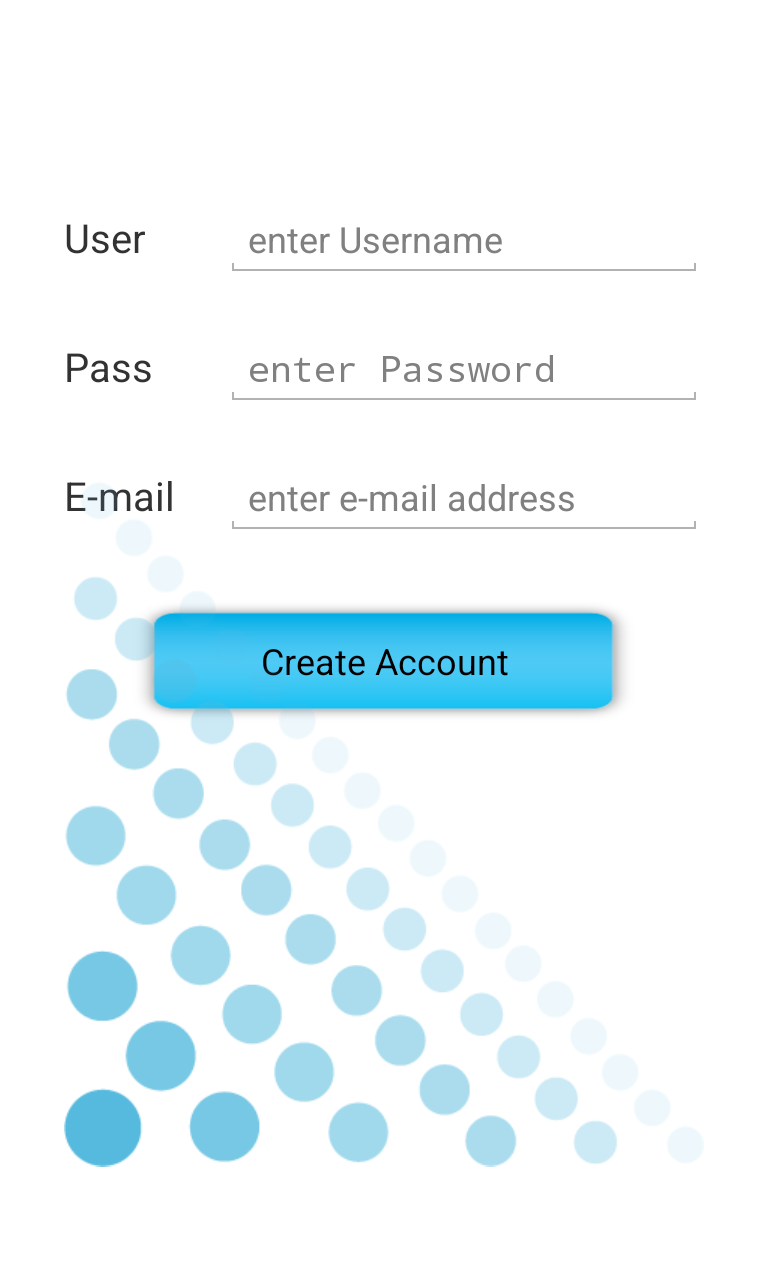
Repository: frebblegameteam/FrebbleApp
Layout: Frebble/res/layout/activity_sign_up.xml
The author's editor kept a copy of each file at every save. The layout is drawn from the files as they stood at one save, then again after the next save.
It is drawn on a 768 x 1280 px phone screen (xhdpi) without system bars, with theme FrebbleABTheme; the app's code is not run.

Above is the layout before, as saved 2014-10-08 14:10:07.

### Frebble/res/layout/activity_sign_up.xml
<RelativeLayout xmlns:android="http://schemas.android.com/apk/res/android"
    xmlns:tools="http://schemas.android.com/tools"
    android:layout_width="match_parent"
    android:layout_height="match_parent"
    android:paddingLeft="@dimen/activity_horizontal_margin"
    android:paddingRight="@dimen/activity_horizontal_margin"
    tools:context="com.hollandhaptics.frebble.SignUpActivity" >

    <LinearLayout
        android:id="@+id/L00"
        android:layout_width="match_parent"
        android:layout_height="wrap_content"
        android:layout_marginTop="100dp"
        android:orientation="horizontal">

        <TextView android:layout_width="0dp"
       		android:layout_weight="1"
        	android:layout_height="wrap_content"
        	android:textSize="20sp"
        	android:text="@string/User"/>

        <EditText android:id="@+id/userField"
    	    android:layout_width="0dp"
        	android:layout_weight="3"
        	android:layout_height="wrap_content"
        	android:hint="@string/userHint"/>
        </LinearLayout>

        <LinearLayout android:id="@+id/L01"
        android:layout_width="match_parent"
        android:layout_height="wrap_content"
        android:layout_below="@id/L00"
        android:layout_marginTop="25dp"
        android:orientation="horizontal">

        <TextView android:layout_width="0dp"
            android:layout_weight="1"
        	android:layout_height="wrap_content"
        	android:textSize="20sp"
        	android:text="@string/Password"/>

        <EditText android:id="@+id/passwordField"
            android:inputType="textPassword"
            android:layout_width="0dp"
        	android:layout_weight="3"
        	android:layout_height="wrap_content"
        	android:hint="@string/passwordHint"/>
        </LinearLayout>

        <LinearLayout android:id="@+id/L02"
        android:layout_width="match_parent"
        android:layout_height="wrap_content"
        android:layout_below="@id/L01"
        android:layout_marginTop="25dp"
        android:orientation="horizontal">

        <TextView android:layout_width="0dp"
            android:layout_weight="1"
        	android:layout_height="wrap_content"
        	android:textSize="20sp"
        	android:text="@string/Email"/>

        <EditText android:id="@+id/emailField"
            android:inputType="textEmailAddress"
            android:layout_width="0dp"
        	android:layout_weight="3"
        	android:layout_height="wrap_content"
        	android:hint="@string/emailHint"/>
        </LinearLayout>

        <Button
            android:id="@+id/createAccButton"
            android:layout_width="256dp"
            android:layout_height="64dp"
            android:layout_below="@id/L02"
            android:layout_centerHorizontal="true"
            android:layout_marginTop="30dp"
            android:background="@drawable/button"
            android:text="@string/createAccText" />

        <ImageView
            android:id="@+id/imageView1"
            android:layout_width="wrap_content"
            android:layout_height="wrap_content"
            android:layout_alignParentLeft="true"
            android:layout_alignParentBottom="true"
            android:src="@drawable/balletjes" />

</RelativeLayout>

### Frebble/res/values/styles.xml
<resources xmlns:android="http://schemas.android.com/apk/res/android">

    <!--
        Base application theme, dependent on API level. This theme is replaced
        by AppBaseTheme from res/values-vXX/styles.xml on newer devices.
    -->
    <style name="AppBaseTheme" parent="Theme.AppCompat.Light">
        <!--
            Theme customizations available in newer API levels can go in
            res/values-vXX/styles.xml, while customizations related to
            backward-compatibility can go here.
        -->
    </style>

    <!-- Application theme. -->
    <style name="AppTheme" parent="AppBaseTheme">
        <!-- All customizations that are NOT specific to a particular API-level can go here. -->
    </style>

    <style name="FrebbleABTheme"
        parent="@android:style/Theme.Holo.Light.DarkActionBar">
        <item name="android:actionBarStyle">@style/frebbleABStyle</item>
    </style>

    <style name="frebbleABStyle"
        parent="@android:style/Widget.Holo.Light.ActionBar.Solid.Inverse">
        <item name="android:background">@drawable/balk</item>

    </style>


</resources>

### Frebble/res/values/strings.xml
<?xml version="1.0" encoding="utf-8"?>
<resources>


    <string name="action_settings">Settings</string>
    <string name="User">User</string>
    <string name="userHint">enter Username</string>
    <string name="Password">Pass</string>
    <string name="passwordHint">enter Password</string>
    <string name="loginText">Log in</string>
    <string name="noAccount">No account?</string>
    <string name="signupText">Sign up</string>
    <string name="title_activity_sign_up">Sign up</string>
    <string name="Email">E-mail</string>
    <string name="emailHint">enter e-mail address</string>
    <string name="createAccText">Create Account</string>
    <string name="title_activity_settings">Settings</string>
    <string name="connectInfo">Enter partner\'s ID or e-mail</string>
    <string name="connectHint">ID or e-mail</string>
    <string name="OK">OK</string>
    <string name="Logout">Log out</string>
    <string name="Cancel">Cancel</string>
    <string name="title_activity_connect">Connect</string>
    <string name="placeholderSettings">Settings</string>
    <string name="placeholderConnect">Connect</string>
    <string name="title_activity_home">Frebble</string>
    <string name="homeInfo">tap "connect" button to start connecting</string>
    <string name="title_activity_notification_handler">NotificationHandler</string>
    <string name="hello_world">Hello world!</string>

</resources>

Loaded but not shown: Frebble/res/values-w820dp/dimens.xml (common file); Frebble/res/values/dimens.xml (common file)

After the next save:
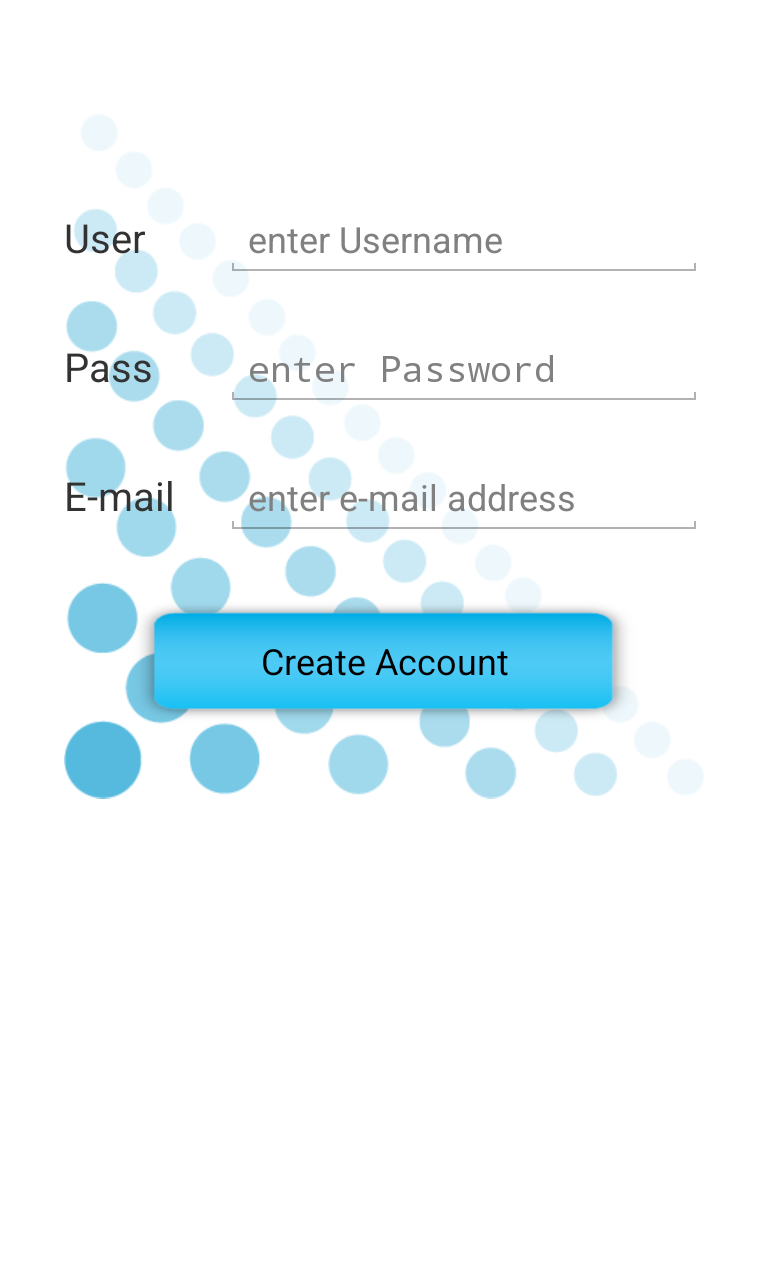
Saved 60 s later.
--- a/Frebble/res/layout/activity_sign_up.xml
+++ b/Frebble/res/layout/activity_sign_up.xml
@@ -5,6 +5,12 @@
     android:paddingLeft="@dimen/activity_horizontal_margin"
     android:paddingRight="@dimen/activity_horizontal_margin"
     tools:context="com.hollandhaptics.frebble.SignUpActivity" >
+
+    <ImageView
+        android:id="@+id/imageView1"
+        android:layout_width="match_parent"
+        android:layout_height="wrap_content"
+        android:src="@drawable/balletjes" />
 
     <LinearLayout
         android:id="@+id/L00"
@@ -78,12 +84,4 @@
             android:background="@drawable/button"
             android:text="@string/createAccText" />
 
-        <ImageView
-            android:id="@+id/imageView1"
-            android:layout_width="wrap_content"
-            android:layout_height="wrap_content"
-            android:layout_alignParentLeft="true"
-            android:layout_alignParentBottom="true"
-            android:src="@drawable/balletjes" />
-
 </RelativeLayout>
